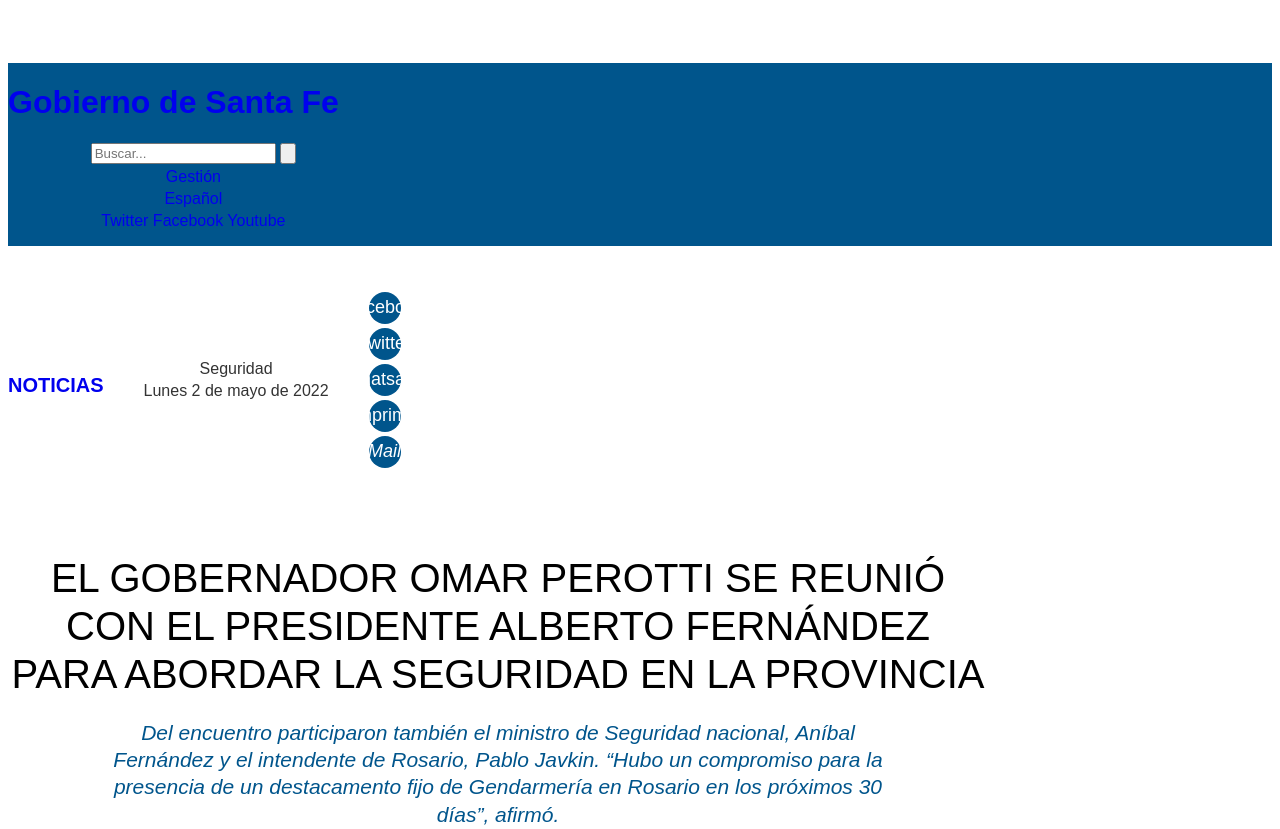
Repository: Larrowo/LPPA
Page: Clase 4/index.html
The author's editor kept a copy of each file at every save. The page is drawn from the files as they stood at one save, then again after the next save.
The browser window is 1280 px wide. The pictures show the part of the page from y = 0 to 829 px (the page is 2920 px tall).
A picture or video elsewhere on the page could not be fetched, so the positions and the page height are approximate.

Above is the page before, as saved 2022-05-03 13:24:25.

### Clase 4/index.html
<!DOCTYPE html>
<html lang="en">
<head>
    <meta charset="UTF-8">
    <meta http-equiv="X-UA-Compatible" content="IE=edge">
    <meta name="viewport" content="width=device-width, initial-scale=1.0">
    <title>Document</title>
    <link rel="stylesheet" href="/style.css">
</head>
<body>
    <script>
        function alerta(){
            alert("No sirve este botón :(");
        }
    </script>
    <header id="site-header" class="">
        <div class="container">
            <h1 class="logo logo--sf-header"><a href="https://www.santafe.gob.ar/">Gobierno de Santa Fe</a></h1>
            <a href="#" class="btn-hamburger"><span></span></a>
            <nav class="nav-header">
                <ul class="menu-header">
                     <li class="search-header">
                        <a href="#" class="open-search"><i class="icon-search"></i></a>
                        <form action="/searchgoogle" class="search-form">
                              <input id="q" type="text" placeholder="Buscar..." class="input-search" name="q">
                              <input type="submit" class="submit-search" value="">
                        </form>
                    </li>
                    <!--/search-header-->
                    <li class="gestion dropdown">
                        <a href="#" class="btn-dropdown"><i class="icon-menu"></i><span>Gestión</span></a>
                        <div class="dropdown-menu">
                            <ul>
                                                    <li><a href="http://www.santafe.gob.ar/index.php/web/content/view/full/93661" target="_blank">La provincia</a></li>
                                                    <li><a href="http://www.santafe.gob.ar/index.php/web/content/view/full/93670" target="_blank">Organización del Estado</a></li>
                                                    <li><a href="http://www.santafe.gob.ar/index.php/web/content/view/full/93695" target="_blank">Personal del Estado</a></li>
                                                    <li><a href="http://www.santafe.gob.ar/index.php/web/content/view/full/121711" target="_blank">Educación</a></li>
                                                    <li><a href="http://www.santafe.gob.ar/index.php/web/content/view/full/93702" target="_blank">Cultura</a></li>
                                                    <li><a href="http://www.santafe.gob.ar/index.php/web/content/view/full/93747" target="_blank">Desarrollo Social</a></li>
                                                    <li><a href="http://www.santafe.gob.ar/index.php/web/content/view/full/93760" target="_blank">Trabajo</a></li>
                                                    <li><a href="http://www.santafe.gob.ar/index.php/web/content/view/full/93779" target="_blank">Economía</a></li>
                                                    <li><a href="http://www.santafe.gob.ar/index.php/web/content/view/full/93790" target="_blank">Producción, Ciencia y Tecnología</a></li>
                                                    <li><a href="http://www.santafe.gob.ar/index.php/web/content/view/full/93796" target="_blank">Salud</a></li>
                                                    <li><a href="http://www.santafe.gob.ar/index.php/web/content/view/full/93805" target="_blank">Gobierno, Justicia y Derechos Humanos</a></li>
                                                    <li><a href="http://www.santafe.gob.ar/index.php/web/content/view/full/93815" target="_blank">Seguridad</a></li>
                                                    <li><a href="http://www.santafe.gob.ar/index.php/web/content/view/full/93822" target="_blank">Infraestructura, Servicios Públicos y Hábitat</a></li>
                                                    <li><a href="http://www.santafe.gob.ar/index.php/web/content/view/full/102676" target="_blank">Ambiente y Cambio Climático</a></li>
                                                    <li><a href="http://www.santafe.gob.ar/index.php/web/content/view/full/102282" target="_blank">Impuestos</a></li>
                                                    <li><a href="http://www.santafe.gob.ar/index.php/web/content/view/full/102677" target="_blank">Jubilaciones y Pensiones</a></li>
                                                    <li><a href="http://www.santafe.gob.ar/index.php/web/content/view/full/234992" target="_blank">Pensiones Ley 5110</a></li>
                                                    <li><a href="http://www.santafe.gob.ar/index.php/web/content/view/full/211141" target="_blank">Gestión Pública</a></li>
                                                    <li><a href="http://www.santafe.gob.ar/index.php/web/content/view/full/235832" target="_blank">Igualdad, Género y Diversidad</a></li>
                                                    <li><a href="http://www.santafe.gob.ar/index.php/web/content/view/full/243158" target="_blank">Catastro</a></li>

                            </ul>
                        </div>
                    </li>
                    <!--/gestion-->

                    <li class="idioma dropdown">
                        <a href="#" class="btn-dropdown">Español</a>
                        <div class="dropdown-menu">
                        <ul>
                            <li><a href="/noticias/">Español</a></li>
                            <li><a href="/noticias/pt/">Portugues</a></li>
                            <li><a href="/noticias/en/">English</a></li>
                        </ul>
                        </div>
                    </li>
                    <!--/idioma-->

                    <li class="social-header">
                        <a href="http://www.twitter.com/GobSantaFe" target="_blank"><i class="icon-tw"></i>Twitter</a>
                        <a href="http://www.facebook.com/GobSantaFe" target="_blank"><i class="icon-fb"></i>Facebook</a>
                        <a href="http://www.youtube.com/GobSantaFe" target="_blank"><i class="icon-yt"></i>Youtube</a>
                    </li>
                    <!--/social-header-->
                </ul>
                <!--/menu-header-->
            </nav>
            <!--/nav-header-->
        </div>
        <!--/container-->
    </header>
    <div id="top-post" class="top-post-divider">
        <div class="container">
            <h2 class="title-page"><a href="https://www.santafe.gov.ar/noticias/">Noticias</a></h2>
            <ul class="article-data">
                <li><span class="article-categorie">Seguridad</span></li>
                <li><span class="article-time">Lunes 2 de mayo de 2022</span></li>
            </ul>
            <div class="social-share social-post">
                <ul>
                        <li>
                            <a href="#" onclick="window.open('https://www.facebook.com/sharer.php?u=http%3A%2F%2Fwww.santafe.gob.ar%2Fnoticias%2Fnoticia%2F274554&amp;display=popup&amp;ref=plugin&amp;src=like','facebook_share', 'height=325, width=580, toolbar=no, menubar=no, scrollbars=no, resizable=no, location=no, directories=no, status=no')"><i class="icon-fb-alt"></i>Facebook</a>
                        </li>
                        <li>
                            <a href="https://twitter.com/intent/tweet?original_referer=http%3A%2F%2Fwww.santafe.gob.ar%2Fnoticias%2Fnoticia%2F274554%2F&amp;text=El gobernador Omar Perotti se reunió con el presidente Alberto Fernández para abordar la seguridad en la provincia&amp;via=gobsantafe&amp;url=http%3A%2F%2Fwww.santafe.gob.ar%2Fnoticias%2Fnoticia%2F274554%2F"><i class="icon-tw-alt"></i>Twitter</a>
                        </li>
                        <li>
                            <a href="https://api.whatsapp.com/send?text=Mir%C3%A1%20esta%20noticia%20de%20la%20Provincia%20de%20Santa%20Fe:%20https://www.santafe.gob.ar/noticias/noticia/274554/" target="_blank"><i class="icon-whatsapp"></i>Whatsapp</a>
                        </li>
                        <li>
                            <a href="#" onclick="alerta()"><i class="icon-print"></i>Imprimir</a>
                        </li>
                        <li>
                            <a href="mailto:?subject=El gobernador Omar Perotti se reunió con el presidente Alberto Fernández para abordar la seguridad en la provincia&amp;body=https://www.santafe.gob.ar/noticias/noticia/274554/"><i class="icon-mail">Mail</i></a>
                        </li>
                </ul>
            </div>
        </div>
        <!--/container-->
    </div>
    <section id="header-post">
        <div class="container">
            <div class="box-header">
                <h2 class="title-post">El gobernador Omar Perotti se reunió con el presidente Alberto Fernández para abordar la seguridad en la provincia</h2>
                <p class="headline-post">Del encuentro participaron también el ministro de Seguridad nacional, Aníbal Fernández y el intendente de Rosario, Pablo Javkin. “Hubo un compromiso para la presencia de un destacamento fijo de Gendarmería en Rosario en los próximos 30 días”, afirmó.</p>
            </div>
            <div class="image-post">
                <img src="https://www.santafe.gov.ar/noticias/media/cache/thumb_no_full/recursos/fotos/2022/05/2022-05-02NID_274554O_1.jpeg" alt="">
                <!-- <div class="caption-image">
                    <p>El gobernador Omar Perotti se reunió con el presidente Alberto Fernández para abordar la seguridad en la provincia.</p>
                </div>	 -->
            </div>
            <!--/image-post-->
        </div>
        <!--/container-->
    </section>
    <div id="content-post">

        <div class="container">
            <div class="social-share social-fixed">
                <div class="inner-wrapper-sticky" style="position: relative;">
                    <ul>
                            <li>
                                        <a href="#" onclick="window.open('https://www.facebook.com/sharer.php?u=http%3A%2F%2Fwww.santafe.gob.ar%2Fnoticias%2Fnoticia%2F274554&amp;display=popup&amp;ref=plugin&amp;src=like','facebook_share', 'height=325, width=580, toolbar=no, menubar=no, scrollbars=no, resizable=no, location=no, directories=no, status=no')"><i class="icon-fb-alt"></i>Facebook</a>
                            </li>
                            <li>
                                        <a href="https://twitter.com/intent/tweet?original_referer=http%3A%2F%2Fwww.santafe.gob.ar%2Fnoticias%2Fnoticia%2F274554%2F&amp;text=El gobernador Omar Perotti se reunió con el presidente Alberto Fernández para abordar la seguridad en la provincia&amp;via=gobsantafe&amp;url=http%3A%2F%2Fwww.santafe.gob.ar%2Fnoticias%2Fnoticia%2F274554%2F"><i class="icon-tw-alt"></i>Twitter</a>
                            </li>
                            <li>
                                        <a href="https://api.whatsapp.com/send?text=Mir%C3%A1%20esta%20noticia%20de%20la%20Provincia%20de%20Santa%20Fe:%20https://www.santafe.gob.ar/noticias/noticia/274554/" target="_blank"><i class="icon-whatsapp"></i>Whatsapp</a>
                            </li>
                            <li>
                                        <a href="#" onclick="alerta()"><i class="icon-print"></i>Imprimir</a>
                            </li>
                            <li>
                                        <a href="mailto:?subject=El gobernador Omar Perotti se reunió con el presidente Alberto Fernández para abordar la seguridad en la provincia&amp;body=https://www.santafe.gob.ar/noticias/noticia/274554/"><i class="icon-mail"></i>Mail</a>
                            </li>
                    </ul>
                </div>
            </div>
        </div>
        <!--/container-->

        <div class="entry">
            <p>
                        El gobernador de Santa Fe, Omar Perotti, se reunió este lunes por la tarde con el presidente de la Nación, Alberto Fernández en Casa Rosada, para abordar diversas cuestiones relacionadas a la seguridad en la provincia.</p>

    <p>Tras el encuentro, del que formaron parte también el ministro de Seguridad de la Nación, Aníbal Fernández, y el intendente de Rosario, Pablo Javkin, Perotti afirmó: “La provincia de Santa Fe siente la necesidad de coordinar la presencia de más fuerzas federales en territorio, una acción de la justicia federal más sólida y tener acompañamiento en terrenos de trabajo que el gobierno nacional tiene para aportar en el mejoramiento de muchos de los sectores y barrios donde están las zonas más difíciles del delito”.</p>

    <p>“Estos temas no son nuevos – agregó el gobernador-&nbsp; porque el presidente ha marcado un compromiso para afrontar la situación, definiendo que la Argentina no puede permitir que estos hechos de violencia pasen en su territorio. Y esa definición nos parece central”.</p>

    <p>Asimismo, Perotti aseguró que “no tenemos como provincia la magnitud para enfrentar lo que está ocurriendo en nuestro territorio y necesitamos que todos los argentinos comprendan esa prioridad de presencia en la ciudad de Rosario y Santa Fe”. Y al respecto sumó que “ha habido el compromiso de la presencia de un destacamento fijo de Gendarmería en la ciudad de Rosario que será puesto en marcha en los próximos 30 días con un comandante a cargo de todas las operaciones en el territorio y con los primeros 300 gendarmes para integrar ese equipo”.</p>

    <p>Respecto a ello, el mandatario santafesino consideró “clave para trabajar de la mejor manera con las fuerzas provinciales y en coordinación con el Municipio en la mesa territorial de seguridad desplegada desde el inicio de la gestión”.</p>

    <p><strong>TRABAJO ENTRE NACIÓN, PROVINCIA Y MUNICIPIOS SIN GRIETAS </strong></p>

    <p>Más adelante, el gobernador santafesino aseguró que “son muchos años, mucha acumulación de tiempo y de situaciones que entendemos y queremos abordar de manera diferente”. Y en el mismo sentido, reconoció que “las distintas fuerzas políticas, entidades de la producción, del trabajo, las organizaciones sociales, las parroquias, los pastores, las iglesias, todos están con una preocupación y con un deseo de trabajar de forma conjunta para bajar los niveles de violencia, y en eso, la decisión de que estemos acá, los dos juntos, no es una instancia excepcional, todo lo contrario, así trabajamos en la provincia de Santa Fe, junto a cada intendente, y donde queremos que cada uno de los municipios tenga una creciente participación en la política de seguridad ciudadana”.</p>

    <p>“El trabajo entre Nación, Provincia y Municipios no tiene que tener grietas – aseguró Perotti. Los tiempos y los compromisos a cumplir serán claves con la llegada de un comandante para ayudar a coordinar las fuerzas federales y hacer mucho más operativos y procedimientos. Pero necesitamos trasladarle al resto de la ciudadanía la necesidad de que hay un acompañamiento permanente, que no es aislado, que no es esporádico, que ese destacamento de la Gendarmería es algo efectivo que pueden verlo todos, que está radicado y que está en marcha”.</p>

    <p><strong>REFORZAR LA JUSTICIA FEDERAL</strong></p>

    <p>Asimismo, Perotti manifestó que “el presidente asumió el compromiso de tomar un proyecto común de refuerzo y creación de juzgados y fiscalías de la Justicia Federal para Santa Fe. Existe un proyecto común que diputados de la provincia están trabajando y está el compromiso del presidente para que ese proyecto pueda ser enviado a la Cámara para su tratamiento, siendo específico para reforzar la Justicia Federal en nuestra provincia”.</p>

    <p>“Es una necesidad de todo Santa Fe pero también de todos los argentinos porque no queremos que lo que pasa en nuestra provincia se expanda a otras provincias”, subrayó el gobernador y sumó que “la Nación entiende la prioridad reforzar la Justicia por lo que está viviendo en la coyuntura y no quiere que se expanda al resto del país; y en esto se necesita de todas las fuerzas políticas para acompañar esa nueva realidad de una Justicia Federal con mucha más presencia”.</p>

    <p><strong>PASO FUNDAMENTAL</strong></p>

    <p>Por su parte, Javkin manifestó que además abordaron “la situación carcelaria. Gran parte de los hechos, más del 90%, tiene que ver con una organización desde personas que están cumpliendo condenas, lo que resulta una situación que claramente merece una respuesta”.</p>

    <p>Además, refirió que trataron “acelerar los procesos de urbanización porque cambiar el tejido de las ciudades hace a la seguridad ciudadana pero fundamentalmente tener una autoridad con quien coordinar donde y como se despliegan esas fuerzas federales que hoy tenemos en territorio. Creo que la necesidad de un comando unificado qué se resolvería dentro de esta semana es un paso fundamental y es lo que hemos planteado también en concreto hoy”.</p>

    <p>Por último, señaló: “Siempre en estas situaciones hay más expectativas por los resultados efectivos, pero hubo puntos muy directos: la designación de un comandante; el establecimiento en este nuevo plazo del destacamento; la ley que podría generar designaciones de juzgados federales; la situación del sistema carcelario de presos federales en la provincia y los procesos de urbanización de barrios, fueron los cinco puntos estratégicos”, concluyó.</p>

    <p></p>

    <p></p>

        </div>
        <!--entry-->

    </div>
</body>
</html>

### Clase 4/style.css
body {
  background-color: #fff;
  font-family: "Poppins", sans-serif;
  color: #333;
  padding-top: 55px;
}

ul {
  display: flex;
  align-items: center;
  justify-content: center;
  list-style: none;
  flex-direction: column;
  gap: 0.25rem;
}

a {
  text-decoration: none;
}

li {
  text-decoration: none;
}

strong {
  margin: 0;
  padding: 0;
  border: 0;
  outline: 0;
  font-size: 100%;
  vertical-align: baseline;
  background: transparent;
}

p,
h2 {
  display: block;
  margin-block-start: 1em;
  margin-block-end: 1em;
  margin-inline-start: 0px;
  margin-inline-end: 0px;
}

h2 {
  font-size: 20px;
  text-transform: uppercase;
  font-weight: 700;
  margin-bottom: 10px;
  line-height: 120%;
  color: #000;
}



#site-header {
  background-color: #d85e5e;
  display: flex;
  align-items: baseline;
  gap: 1rem;
  font-family: "Poppins", sans-serif;
  background-color: #00558c;
}


#top-post.top-post-divider .container {
    position: relative;
}

#top-post .container {
    padding-top: 30px;
    padding-bottom: 30px;
    display: flex;
    -webkit-box-align: center;
    -ms-flex-align: center;
    align-items: center;
}

.container {
    max-width: 980px;
    margin-left: center;
    margin-right: auto;
}

#header-post {
  font-family: "Poppins", sans-serif;
  font-size: 40px;
  text-align: center;
  padding-bottom: 50px;
}

#header-post .title-post {
  font-size: 40px;
  margin-bottom: 20px;
  text-align: center;
  font-weight: 300;
  text-transform: uppercase;
  line-height: 120%;
  color: #000;
}

#header-post .headline-post {
  font-size: 21px;
  line-height: 130%;
  padding: 0 100px;
  color: #00558c;
  font-weight: 300;
  font-style: italic;
}

#content-post {
    display: flex;
    justify-content: center;
  }

.entry {
  text-align: left;
}

.entry p {
  color: #333333;
  width: 100%;
  max-width: 980px;
  margin: 0 auto 20px auto;
  font-weight: 300;
  font-size: 18px;
  line-height: 150%;
  padding: 0 100px;
  font-family: "Poppins", sans-serif;
}

#top-post .container {
  padding-top: 30px;
  padding-bottom: 30px;
  display: -webkit-box;
  display: -ms-flexbox;
  display: flex;
  -webkit-box-align: center;
  -ms-flex-align: center;
  align-items: center;
}

.social-share ul li a {
  pointer-events: all;
  display: flex;
  -webkit-box-align: center;
  -ms-flex-align: center;
  align-items: center;
  -webkit-box-pack: center;
  -ms-flex-pack: center;
  justify-content: center;
  width: 32px;
  height: 32px;
  border-radius: 50%;
  background-color: #00558c;
  color: #fff;
  font-size: 18px;
  -webkit-transition: all 0.2s ease;
  -o-transition: all 0.2s ease;
  transition: all 0.2s ease;
}

.inner-wrapper-sticky{
    position: sticky;
}

.gestion.dropdown {
  position: relative;
}

.dropdown-menu a {
  color: white;
}

.dropdown-menu {
  position: absolute;
  padding: 0.75rem;
  border-radius: 0.25rem;
  box-shadow: 0 1px 5px rgb(0 0 0 / 20%);
  opacity: 0;
  transform: translateY(-10px);
  transition: opacity 150ms ease-in-out, transform 150ms ease-in-out;
  pointer-events: none;
  background-color: black;
}

.gestion.dropdown > .btn-dropdown:focus + .dropdown-menu {
  opacity: 1;
  transform: translateY(0);
  pointer-events: auto;
}

.idioma.dropdown > .btn-dropdown:focus + .dropdown-menu {
  opacity: 1;
  transform: translateY(0);
  pointer-events: auto;
}

After the next save:
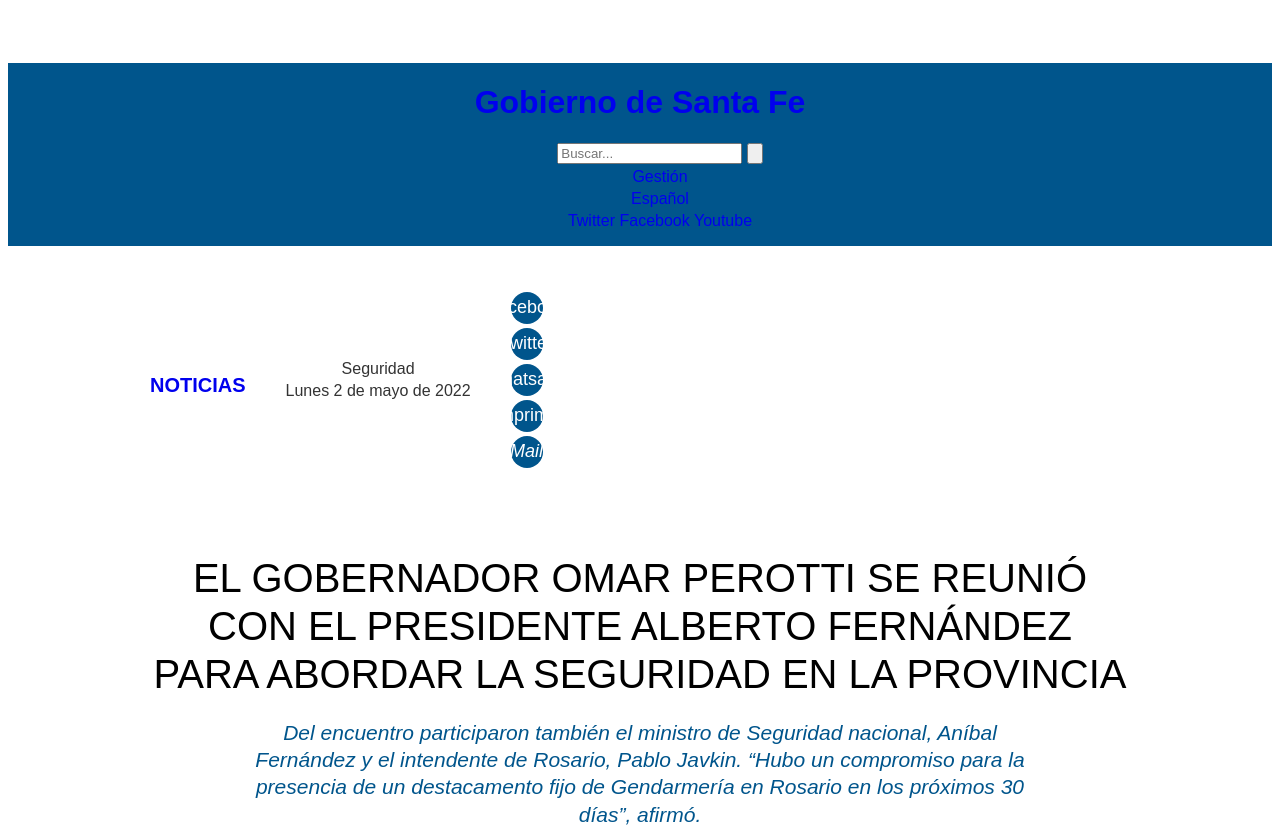
Saved 2 s later.
--- a/Clase 4/style.css
+++ b/Clase 4/style.css
@@ -77,7 +77,7 @@
 
 .container {
     max-width: 980px;
-    margin-left: center;
+    margin-left: auto;
     margin-right: auto;
 }
 
